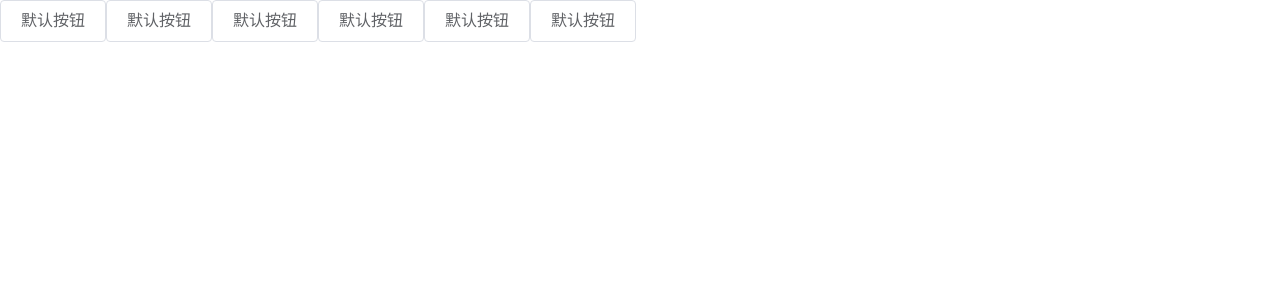
Repository: onlyadaydreamer/dreamer-ui
Page: /
These files come from the project's save history. The page is drawn as it stood at one moment and after a run of saves; the edit follows.
The browser window is 1280 px wide. The pictures show the whole page.
The project was rebuilt for these pictures with package versions that can differ from the ones it lists, and the page was loaded fresh each time. Also part of the build but not shown: src/packages/icon.vue, src/packages/index.js.

Above is the page before, as saved 2020-05-13 10:09:57.

### src/main.js
import Vue from 'vue'
import App from './App.vue'

Vue.config.productionTip = false

import dreamerUI from './packages/index';
Vue.use(dreamerUI);

new Vue({
  render: h => h(App),
}).$mount('#app')

### src/App.vue
<template>
  <div id="app">
    <dreamer-button>默认按钮</dreamer-button>
    <dreamer-button type="primary">默认按钮</dreamer-button>
    <dreamer-button type="success">默认按钮</dreamer-button>
    <dreamer-button type="warning">默认按钮</dreamer-button>
    <dreamer-button type="info">默认按钮</dreamer-button>
    <dreamer-button type="danger">默认按钮</dreamer-button>
  </div>
</template>

<script>

export default {

}
</script>

<style lang="scss">

</style>

### src/packages/button.vue
<template>
    <button class="dreamer-button" :class="btnClass">
        <span v-if="this.$slots.default">
            <slot></slot>
        </span>
    </button>
</template>

<script>
export default {
    name: 'dreamer-button',
    props: {
        type: {
            type: String,
            default: '',
            validator(type) {
                if (type && !['primary', 'success', 'warning', 'info', 'danger'].includes(type)) {
                    console.error('type类型必须为' + ['primary', 'success', 'warning', 'info', 'danger'].join('、'));
                }
                return true;
            }
        }
    },
    computed: {
        btnClass() {
            let classes = [];
            if (this.type) {
                classes.push(`dreamer-button-${this.type}`);
            }
            return classes;
        }
    }
}
</script>

<style lang="scss">
@import '../styles/_var.scss';
$height: 42px;
$font-size: 16px;
$color: #606266;
$border-color: #dcdfe6;
$background: #ecf5ff;
$active-color: #3a8ee6;

.dreamer-button {
  border-radius: $border-radius;
  border: 1px solid $border-color;
  color: $color;
  background: #fff;
  height: 42px;
  cursor: pointer;
  font-size: $font-size;
  line-height: 1;
  padding: 12px 20px;
  display: inline-flex;
  justify-content: center;
  vertical-align: middle;
  &:hover {
      border-color: $border-color;
      background-color: $background;
  }
  &:focus, &:active {
      color: $active-color;
      border: 1px solid $active-color;
      outline: none;
      background-color: $background;
  }
}
</style>

### src/styles/_var.scss
$border-radius: 4px;

$primary: #409EFF;
$success: #67C23A;
$warning: #E6A23C;
$danger: #F56C6C;
$info: #909399;

$primary-hover: #66B1FF;
$success-hover: #85CE61;
$warning-hover: #EBB563;
$danger-hover: #F78989;
$info-hover: #A6A9AD;

$primary-active: #3A8EE6;
$success-active: #5DAF34;
$warning-active: #CF9236;
$danger-active: #DD6161;
$info-active: #82848A;

* {
    padding: 0;
    margin: 0;
    box-sizing: border-box;
}

Loaded but not shown: public/index.html (common file)

After the next 2 saves:
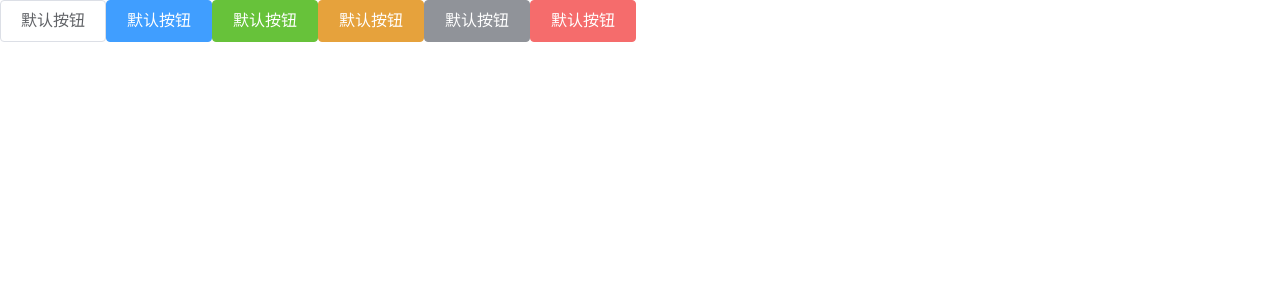
The 2 saves are shown as one change because 1 did not build or start.
The last was saved 3 min 32 s later.
--- a/src/packages/button.vue
+++ b/src/packages/button.vue
@@ -65,5 +65,15 @@ $active-color: #3a8ee6;
       outline: none;
       background-color: $background;
   }
+//   &-primary {}
+//   &-success {}
+@each $type, $color in (primary: $primary, success: $success, info: $info, warning: $warning, danger: $danger) {
+    &-#{$type} {
+        background: #{$color};
+        border: 1px solid #{$color};
+        color: #fff;
+    }
+}
+
 }
 </style>
